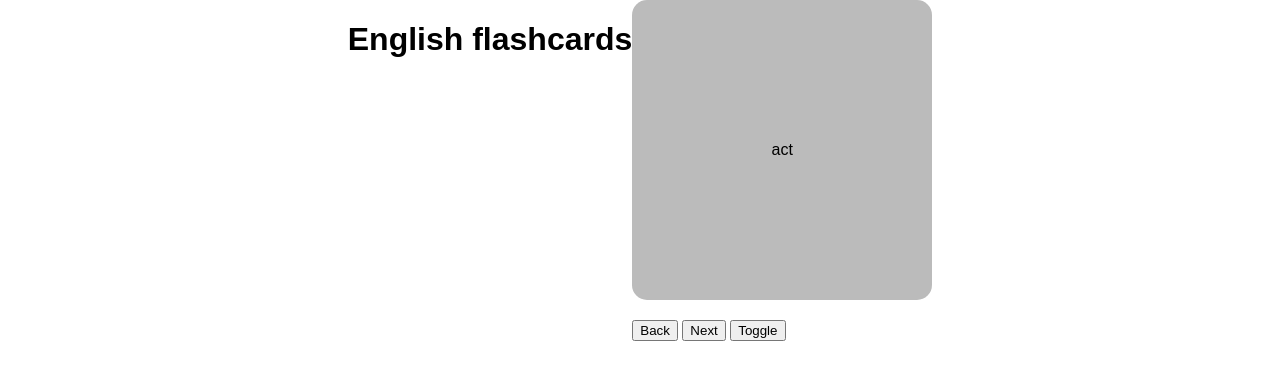
Repository: AdrianGizycki/English-Flashcards
Page: index.html
The author's editor kept a copy of each file at every save. The page is drawn from the files as they stood at one save, then again after the next save.
The browser window is 1280 px wide. The pictures show the whole page.

Above is the page before, as saved 2019-09-15 15:16:50.

After the next save:
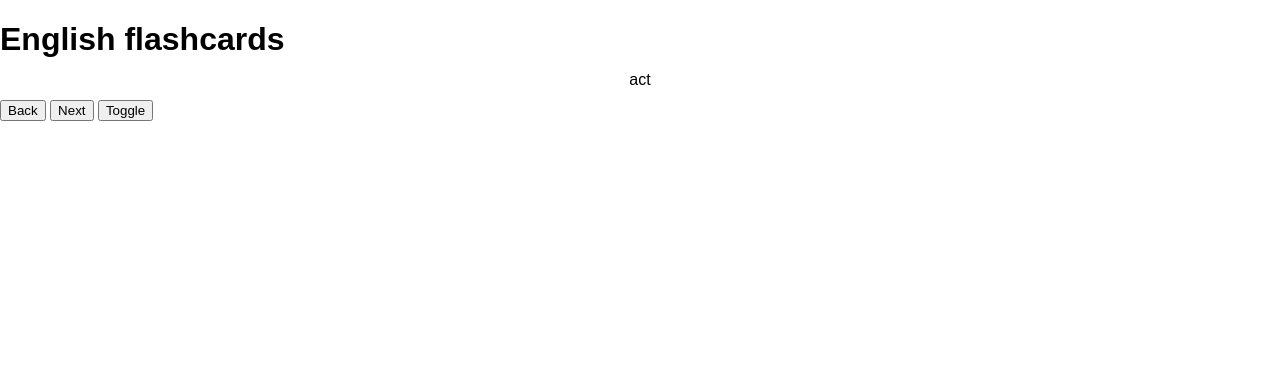
Saved 18 s later.
--- a/style.css
+++ b/style.css
@@ -5,10 +5,7 @@ body {
     margin: 0;
     box-sizing: border-box;
   }
-  .mainDiv {
-    display: flex;
-    justify-content: center;
-    justify-items: center;
+
   }
 
   .flip-card {
